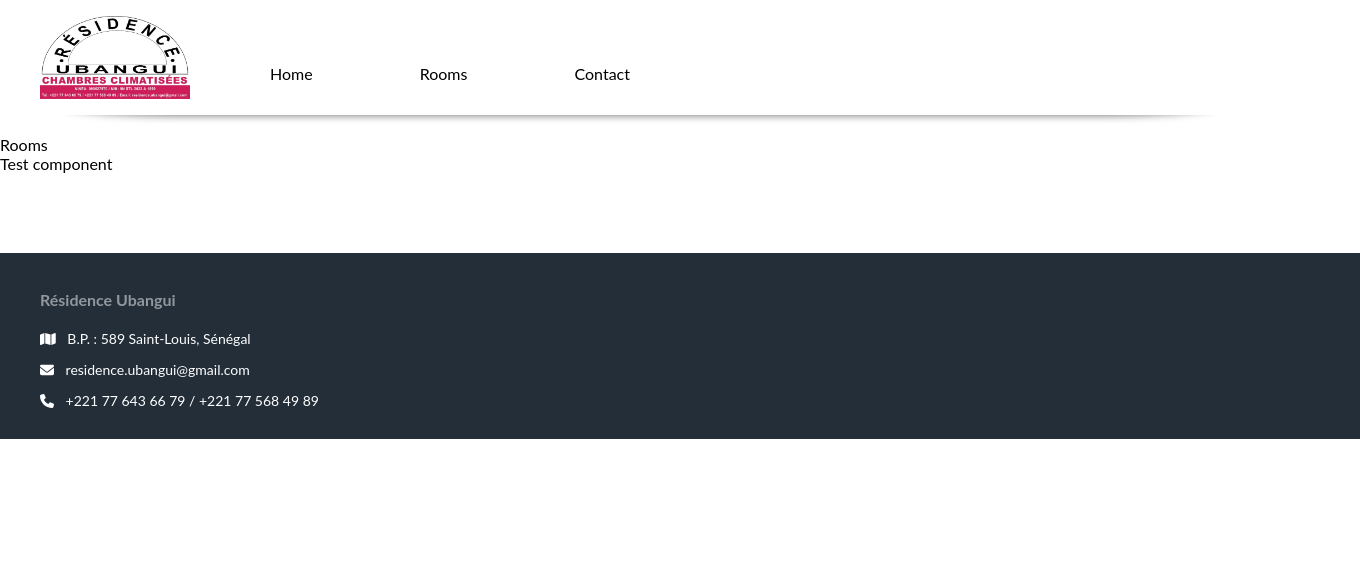
Repository: Nedjim/ubangui
Page: /rooms
These files come from the project's save history. The page is drawn as it stood at one moment and after the next save; the edit follows.
The browser window is 1280 px wide. The page is 1360 px wide, so the pictures cover 1360 px, including what lies to the right of the window. The pictures show the whole page.
The project was rebuilt for these pictures with package versions that can differ from the ones it lists, and the page was loaded fresh each time. The framework's server and built-in components were replaced by stand-ins that run in the browser. Also part of the build but not shown: nuxt.config.ts, components/Carousel.vue, components/PageTitle.vue, components/Title.vue.

Above is the page before, as saved 2024-01-14 12:37:48.

After the next save:
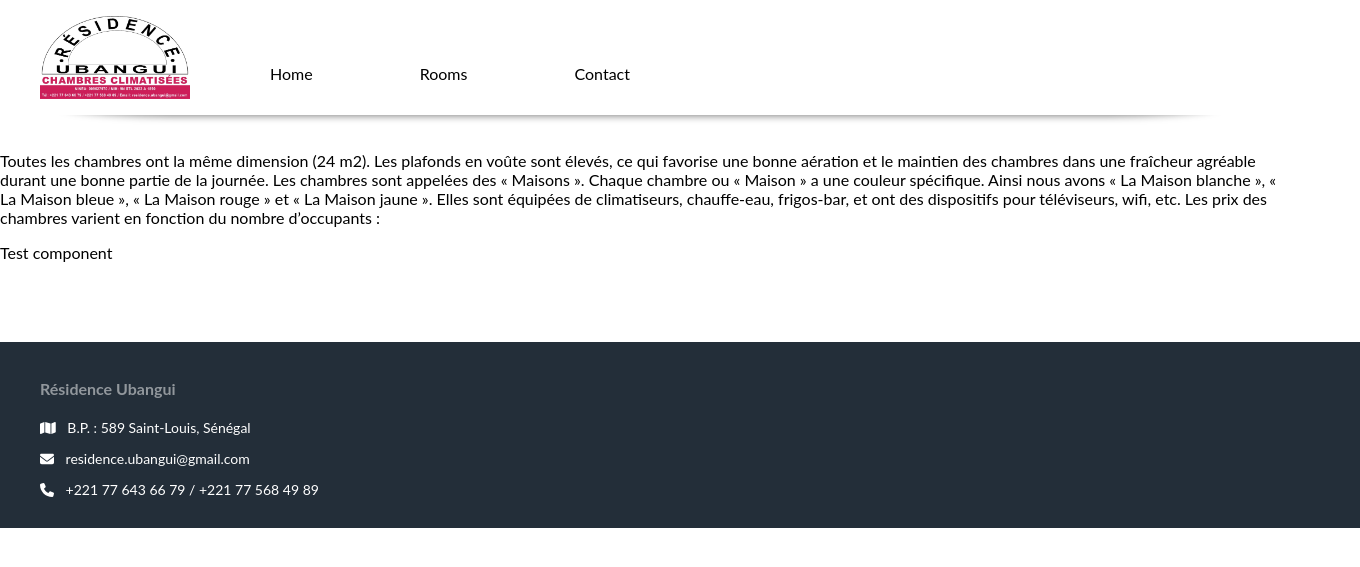
Saved 37 s later.
--- a/pages/rooms.vue
+++ b/pages/rooms.vue
@@ -1,10 +1,10 @@
-<script>
+<script setup lang="ts">
 const content =
   "Toutes les chambres ont la même dimension (24 m2). Les plafonds en voûte sont élevés, ce qui favorise une bonne aération et le maintien des chambres dans une fraîcheur agréable durant une bonne partie de la journée. Les chambres sont appelées des « Maisons ». Chaque chambre ou « Maison » a une couleur spécifique. Ainsi nous avons « La  Maison blanche », « La Maison bleue », « La Maison rouge » et « La Maison jaune ». Elles sont équipées de climatiseurs, chauffe-eau, frigos-bar,  et ont des dispositifs  pour téléviseurs, wifi, etc. Les prix des chambres varient en fonction du nombre  d’occupants :";
 </script>
 <template>
   <div>
-    Rooms
+    <p>{{ content }}</p>
     <Test />
   </div>
 </template>
